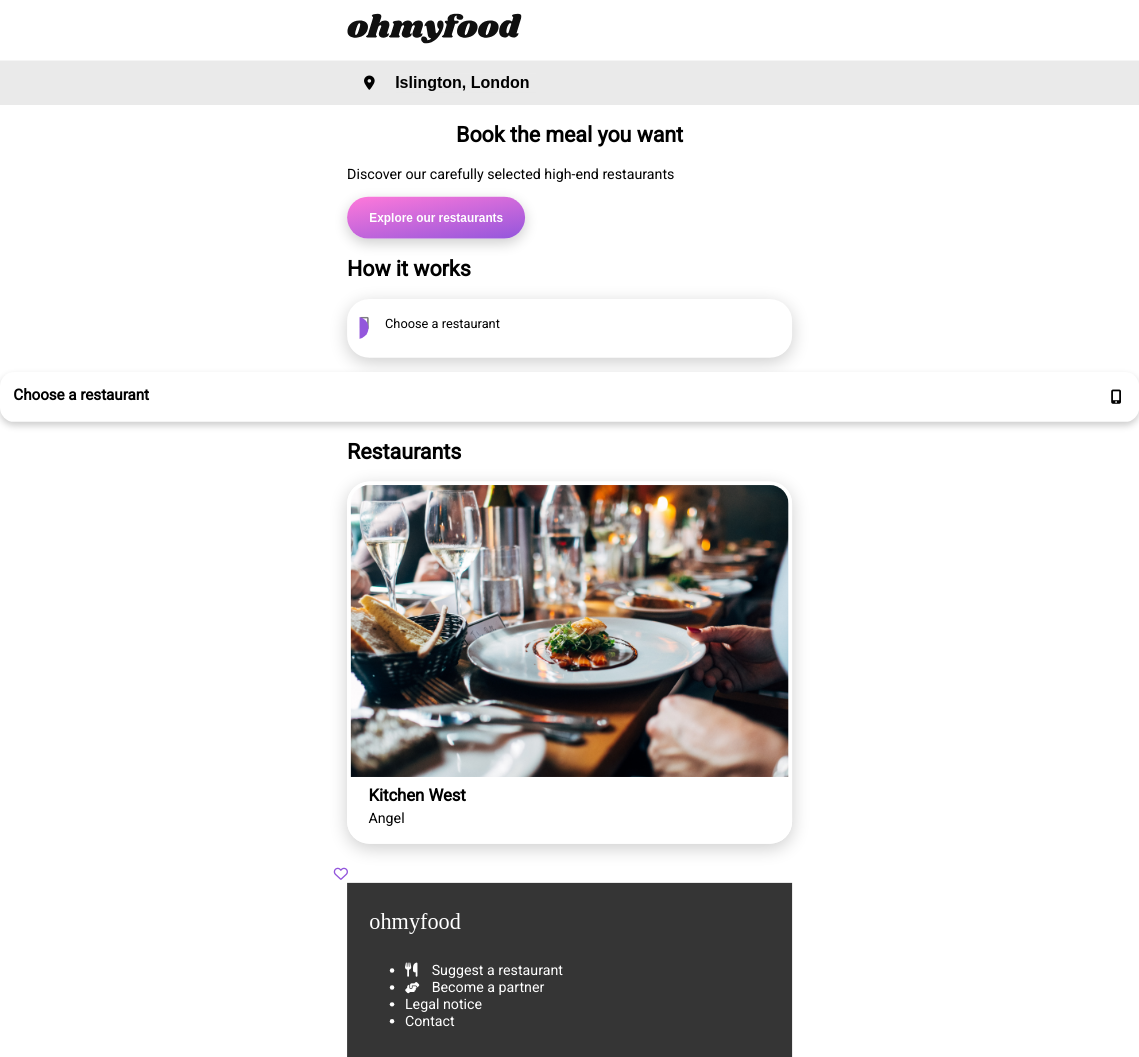
Repository: R1ptou/Project-3
Page: index.html
The author's editor kept a copy of each file at every save. The page is drawn from the files as they stood at one save, then again after the next save.
The browser window is 1280 px wide. The pictures show the whole page, at 89% of full size.
Some web fonts or font styles are not loaded; a fallback is used. The style sheet was rebuilt from its Sass, Less or Tailwind sources for each picture, by a compiler version that may differ from the author's.

Above is the page before, as saved 2024-03-25 11:02:39.

### index.html
<!DOCTYPE html>
<html lang="en">
<head>
    <meta charset="UTF-8">
    <meta name="viewport" content="width=device-width, initial-scale=1.0">
    <title>ohmyfood</title>
    <link rel="preconnect" href="https://fonts.googleapis.com">
    <link rel="preconnect" href="https://fonts.googleapis.com">
    <link rel="preconnect" href="https://fonts.gstatic.com" crossorigin>
    <link href="https://fonts.googleapis.com/css2?family=Roboto&family=Shrikhand&display=swap" rel="stylesheet">
    <link rel="stylesheet" href="https://cdnjs.cloudflare.com/ajax/libs/font-awesome/6.2.1/css/all.min.css"
        integrity="sha512-MV7K8+y+gLIBoVD59lQIYicR65iaqukzvf/nwasF0nqhPay5w/9lJmVM2hMDcnK1OnMGCdVK+iQrJ7lzPJQd1w=="
        crossorigin="anonymous" referrerpolicy="no-referrer">
    <link rel="stylesheet" href="./css/style.css">
</head>
<body>
<!-- Nav -->
    <nav class="container text-center"> <!-- Logo -->
        <img class="logo" src="./Images%20and%20text%20Ohmyfood/images/logo/ohmyfood@2x.svg" alt="ohmyfood logo" >
    </nav>
    <form class="search-bar"> <!-- Search bar -->
        <div class="container text-center">
            <div class="icon-search"><i class="text-black fa-solid fa-location-dot"></i></div>
            <input class="input-search" value="Islington, London" type="text">
         </div>
    </form>

    <main>
        <section class="section bg-dark"> <!-- Headline -->
            <div class="container text-center">
                <h2 class="headline">Book the meal you want</h2>
                <p class="sub-headline">Discover our carefully selected high-end restaurants</p>
                <button type="submit" class="button-search">Explore our restaurants</button> <!-- Submit button -->
             </div>
        </section>

<!-- How it works -->
        <section class="container">
            <h2>How it works</h2>
            <ol class="list-group numbered card card-rest">
                <li class="list-item">
                    <span class="icon-pic fa-solid fa-mobile-screen-button"></span>
                    <span class="card-text">Choose a restaurant</span>
                </li>
            </ol>
        </section>

        <div class="menu-item menu-item-1">
            <div class="menu-item__body">
                <h4 class="menu-item__heading">Choose a restaurant</h4>

            </div>
            <div class="fa-solid fa-mobile-screen-button menu-item__price "></div>
            <div class="menu-item__checkmark">
                <i class="fas fa-check-circle fa-lg menu-item__checkmark-icon"></i>
            </div>
        </div>

<!-- Restaurants -->
        <section class="container">
            <h2>Restaurants</h2>

            <a href="#" class="card-rest">
                <img class="card-img" src="./Images%20and%20text%20Ohmyfood/images/restaurants/jay-wennington-N_Y88TWmGwA-unsplash.jpg" alt="">
                      <div class="card-content">
                        <h3 class="card-title">Kitchen West</h3>
                        <p class="card-subtitle">Angel</p>
                      </div>
            </a>
            <div class="heart">
                <span class="fa-solid fa-heart heart-icon heart-full"></span>
                <span class="fa-regular fa-heart heart-icon heart-empty"></span>

            </div>

        </section>

<!-- Header -->
<!-- Footer -->
<footer class="footer container">
    <div class="logo"> <!-- Logo -->
        <a href class="#top footer-logo" title="Back to top of the page" alt="Back to top of the page">ohmyfood</a>
     </div>
     <ul class="list">
        <li><a href="#"><span class="fa-solid fa-utensils footer-ico"></span>Suggest a restaurant</a></li>
        <li><a href="#"><i class="fa-solid fa-handshake-angle footer-ico ico-resize"></i>Become a partner</a></li>
        <li><a href="#">Legal notice</a></li>
        <li><a href="mailto:project3@ohmyfood.com" title="Email Us" alt="Email Us">Contact</a></li>
      </ul>
  </footer>
    </main>
</body>
</html>

### scss/style.scss
/****** General ***********/

@import "variables";
@import "base";
@import "list-group";
@import "card";
@import "button";

.container {
    max-width: 500px;
    margin: auto;
}

.text-centre {
    text-align: center;
}



/****** Nav ***********/
.navbar {
    box-shadow: 0 0 10px 0 rgba($color: #000000, $alpha: .5);
    position: relative;
}

/****** Logo ***********/

.logo {
    padding: 15px 0;
}
/****** Search bar ***********/

.search-bar {
    background-color: $septenary-color;
}

.icon-search {
    display: inline-flex;
    justify-content: center;
    align-items: center;
    width: 50px;
    height: 50px;
    flex-shrink: 0;
}

.input-search {
    border-width: 0;
    border-style: none;
    width: 159px;
    padding: 0;
    font-weight: bold;
    font-size: 18px;
    background-color: $septenary-color;
    caret-color: $tertiary-color;
}
.input-search:focus {
    outline: none;
}

/****** Headline ***********/
.headline {
    display: flex;
    justify-content: center;
}

/****** How it works ***********/

ol {
    counter-reset: section;
}

li::before {
    counter-increment: section;
}

.numbered {
    clear: both;
    list-style: none;
    padding-left: 2%;
  }

.numbered li {
    margin: 0;
    padding-top: 0;
    display: block;
    position: relative;
    counter-increment: inst;
    overflow: hidden;
}

.numbered li::before {
    content: counter(inst);
    position: absolute;
    margin: 0 0 0 -15px;
    background: $primary-color;
    border-radius: 50%;
    border: none;
    font-size: 0.85rem;
    color: #fff;
    text-align: center;
    width: 15px;
    height: 15px;
    padding: 5px;
    flex-shrink: 0;
}
.icon-pic {
    display: relative;
    background: none;
    color: $quinary-color;
    width: 25px;
    height: 25px;
    padding: 0;
    flex-shrink: 0;
}

.icon-pic:hover {
    color: $primary-color;
}

.menu-item {
	background: white;
	border-radius: 16px;
	box-shadow: 0 4px 8px 0 rgba(0,0,0,0.2);
	position: relative;
	overflow: hidden;
	cursor: pointer;
	display: flex;

	.menu-item__price {
		display: flex;
		align-items: center;
		padding: 20px;
	}

	&:hover {
		.menu-item__checkmark {
			width: 75px;
		}
		.menu-item__checkmark-icon {
			-webkit-transform: rotate(0deg);
			transform: rotate(0deg);
		}
	}

	.menu-item__body {
		width: 100%;
		padding: 15px;
		overflow: hidden;
		display: flex;
		flex-direction: column;

		.menu-item__content, .menu-item__heading {
			margin: 0;
			font-size: 15px;
			text-overflow: ellipsis;
			overflow: hidden;
			white-space: nowrap;
		}

		.menu-item__heading{
			font-size: 17px;
		}
	}

	.menu-item__checkmark {
		width: 0;
        overflow: hidden;
		background: $senary-color;
		transition: width 1s;
		right: 0;
		top: 0;
		bottom: 0;
		flex-shrink: 0;
		display: flex;
		justify-content: center;
		align-items: center;
	}

	.menu-item__checkmark-icon {
		transform: rotate(-360deg);
		transition: transform 1s;
		color: $primary-color;;
	}
}


/****** Restaurants ***********/

.heart {
    position: relative;
    display:inline-block;
    height: 24px;
    width: 24px;
    top: 10px;
    right: 15px;
}

.heart-icon {
    position: absolute;
    display: inline-block;
    height: 24px;
    width: 24px;
    color: $primary-color;
}

.heart-empty {
    transition: opacity 1s;
    opacity: 1;
}

.heart-full {
    transition: opacity 1s;
    opacity: 0;
    background-image: $gradient;
    background-clip: text;
    -webkit-background-clip: text;
    color: transparent;
}

.heart:hover .heart-full {
    opacity: 1;
}

.heart:hover .heart-empty {
    opacity: 0;
}

/****** Starters ***********/


/****** Mains ***********/


/****** Deserts ***********/


/****** Button ***********/

.btn {
    background-color: $primary-color;
}

/****** Label ***********/


/****** Icon ***********/


/****** Footer ***********/

.footer {
    background-color: $octonary-color;
    color: #fff;
    padding: 15px 25px;
}

.footer-logo {
    color: #fff;
    font-family: $primary-serif;
    font-size: 25px;
    margin: 0;
}

.footer a {
    color: #fff;
}

.footer-ico {
    width: 30px;
}

.ico-resize {
    font-size: 13px;
}

### scss/_variables.scss
    $primary-color: #9356DC; // button, badge, icon hover
    $secondary-color: #FF79DA; // button gradient
    $tertiary-color: #99E2D0; // element hue
    $quaternary-color: #008766; // badge font
    $quinary-color: #7E7E7E; // icons
    $senary-color: #F6F6F6; // background hue (off-white)
    $septenary-color: #EAEAEA; // form field background
    $octonary-color: #353535; // footer background

    $gradient: linear-gradient(-10deg, #9356DC, #FF79DA);
    $gradient-hover: linear-gradient(120deg, #9356DC, #FF79DA);

    $primary-sans-serif: "Roboto", sans-serif;
    $primary-serif: "Shrikhand", serif;

### scss/_base.scss
body {
    margin: 0;
    padding: 0;
    color: #000;
    font-family: $primary-sans-serif;
    }

::selection {
    color: #000;
    background: $tertiary-color;
    }

a {
    text-decoration: none;
    }

a, a:visited {
    color: inherit;
    }

a:hover, a:focus {
    color: $tertiary-color;
}

* {
    box-sizing: border-box;
    -moz-box-sizing: border-box;
    -webkit-box-sizing: border-box;
    }

*:focus {
    outline: $tertiary-color solid 2px;
}

*:visited {}

html {
    scroll-behavior: smooth;
  }

a[title]:hover::after {
    opacity: 1;
    transition: all 0.1s ease 0.3s;
    visibility: visible;
}

a[title]:after {
    content: attr(title);
    color: $tertiary-color;
    position: absolute;
    top: 10px;
    left: 105%;
    z-index: 100;
    white-space: nowrap;
    border: solid 1px;
    padding: 5px;
    font-family: $primary-sans-serif;
    font-size: 0.7rem;
    opacity: 0;
    visibility: hidden;
}
[title] {
    position: relative;
}

### scss/_list-group.scss
// .numbered {
//     list-style-type: none;
//     counter-reset: section;
// }

.list-group {
    list-style-type: none;
    padding: 0;
    display: flex;
    flex-direction: column;
    justify-content: space-between;
    align-items: start;
}
.list-item {
    display: flex;
    justify-content: space-between;
    align-items: flex-start;
    position: relative;
    box-sizing: border-box;
    list-style-type: none;
    text-decoration: none;
}

### scss/_card.scss
.card-group {
    display: flex;
    flex-wrap: wrap;
    padding: 16px 25px;
}

.card {
    display: flex;
    flex-direction: row;
    padding: 16px 25px;
    background: #fff;
    border-radius: 25px;
    box-shadow: 1px 3px 6px 0px rgba(0, 0, 255, .2);
    font: 0.9rem "Roboto", sans-serif;
    color: #000;
}

/****** Restaurants ***********/



.card-rest {
    margin-bottom: 1rem;
    display: flex;
    flex-direction: column;
    background-color: var(#F6F6F6);
    box-shadow: 0 5px 20px rgba(0,0,0,0.2);
    border-radius: 25px;
    overflow: hidden;
    border: 4px solid #fff;
}

.card-img {
    object-fit: cover;
    width: 100%;
}

.card-content {
    padding: 10px 20px;
}

.card-title {
    margin: 0;
}

.card-subtitle {
    margin: 5px 0;
}

### scss/_button.scss
/****** Submit button ***********/


.button-search{
    padding: 16px 25px;
    color: #fff;
    font-weight: bold;
    background: $gradient;
    border-radius: 25px;
    border: none;
    justify-content: center;
    box-shadow: 0 5px 15px 0 rgba($color: #000000, $alpha: 0.2);
    transition: all 0.5s ease-out;
    cursor: pointer;
}

.button-search:hover,
.button-search:focus {
    filter: brightness(105%);
    box-shadow: 0 5px 15px 0 rgba($color: #000000, $alpha: 0.8);
}

After the next save:
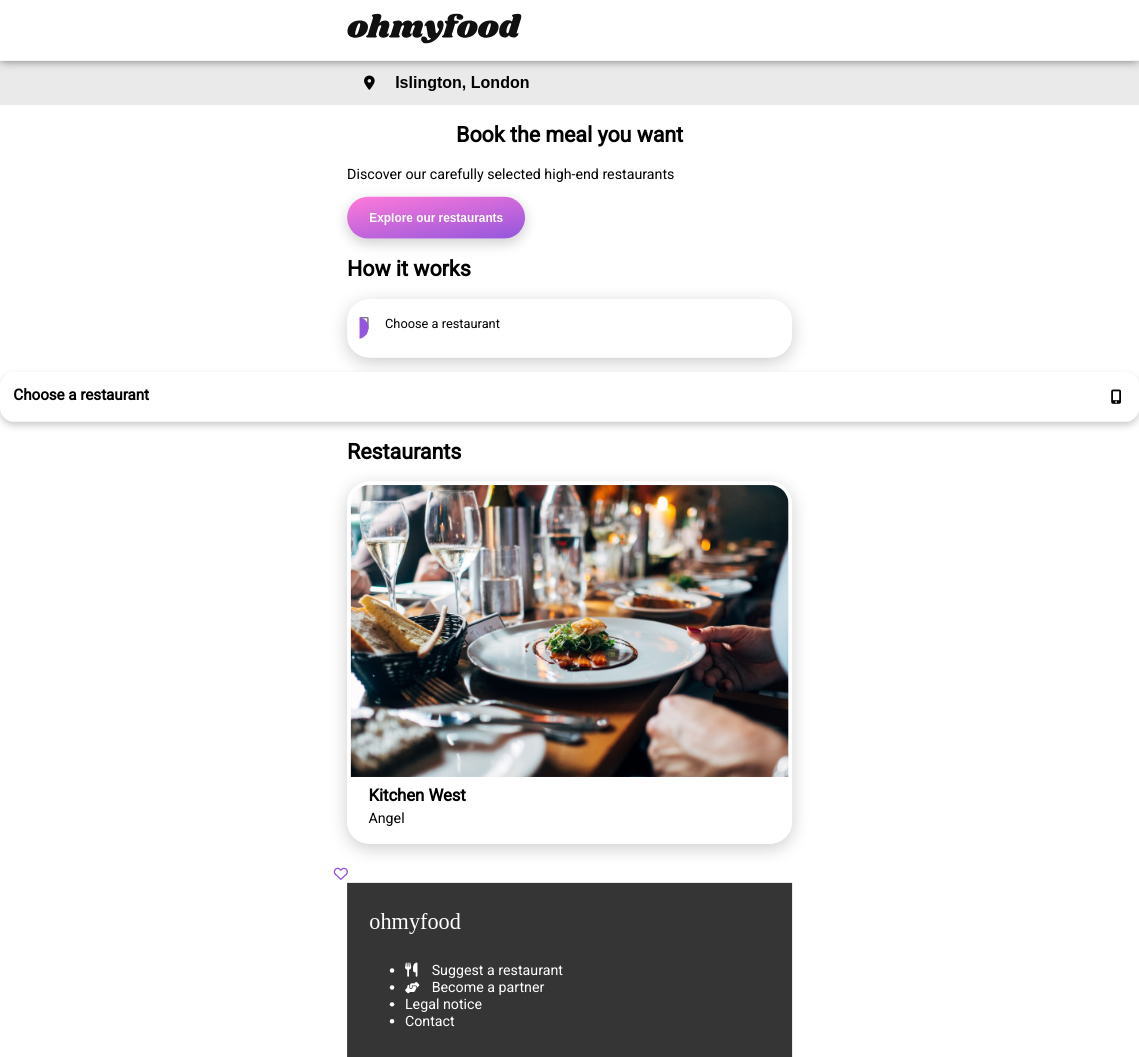
Saved 96 s later.
--- a/index.html
+++ b/index.html
@@ -15,8 +15,10 @@
 </head>
 <body>
 <!-- Nav -->
-    <nav class="container text-center"> <!-- Logo -->
-        <img class="logo" src="./Images%20and%20text%20Ohmyfood/images/logo/ohmyfood@2x.svg" alt="ohmyfood logo" >
+    <nav class="navbar"> <!-- Logo -->
+        <div class="container text-center">
+            <img class="logo" src="./Images%20and%20text%20Ohmyfood/images/logo/ohmyfood@2x.svg" alt="ohmyfood logo" >
+        </div>
     </nav>
     <form class="search-bar"> <!-- Search bar -->
         <div class="container text-center">
